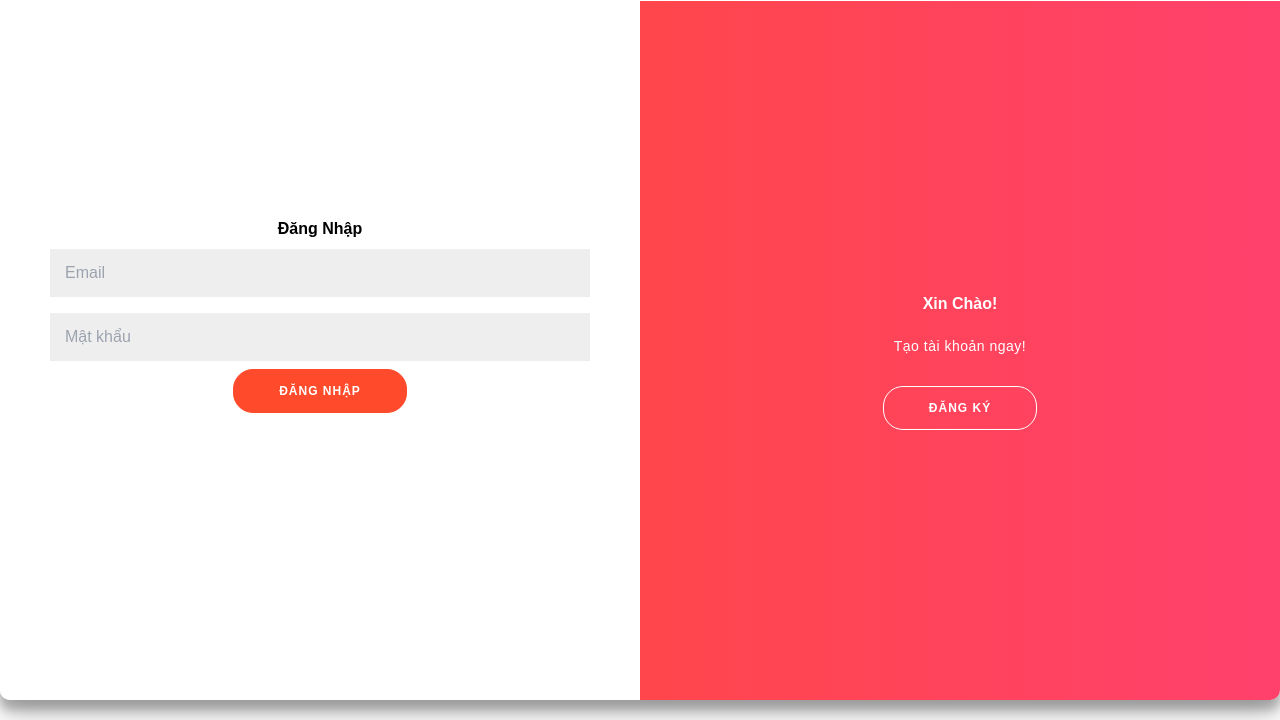
Repository: BlackWolf2002/project_airbn_react
Page: /login
The author's editor kept a copy of each file at every save. The page is drawn from the files as they stood at one save, then again after the next save.
The browser window is 1280 px wide. The pictures show the whole page.
The project was rebuilt for these pictures with package versions that can differ from the ones it lists, and the page was loaded fresh each time. Also part of the build but not shown: vite.config.js, src/api/apiService.js, src/style/Home.css, src/components/Navbar.jsx, src/style/Footer.css, src/components/Footer.jsx, src/components/Home.jsx, src/style/Admin.css and 11 more.

Above is the page before, as saved 2025-02-11 00:51:22.

### src/App.jsx
import React from "react";
import {
    BrowserRouter as Router,
    Route,
    Routes,
    Navigate,
} from "react-router-dom";
import { AuthProvider } from "./contexts/AuthContext";
import Home from "./components/Home";
import Login from "./pages/Login";
import AdminPage from "./pages/AdminPage";
import AdminRoute from "./routes/AdminRoute";
import RoomManagement from "./components/RoomManagement";

function App() {
    return (
        <AuthProvider>
            <Router>
                <Routes>
                    <Route path="/" element={<Home />} />
                    <Route path="/login" element={<Login />} />
                    <Route path="/register" element={<Login />} />

                    {/* Nếu vào /admin, tự động chuyển hướng đến /admin/users */}
                    <Route
                        path="/admin"
                        element={<Navigate to="/admin/users" />}
                    />

                    {/* Route cho trang Admin */}
                    <Route
                        path="/admin/users"
                        element={
                            <AdminRoute>
                                <AdminPage />
                            </AdminRoute>
                        }
                    />

                    {/* Route cho quản lý Room */}
                    <Route
                        path="/admin/rooms"
                        element={
                            <AdminRoute>
                                <RoomManagement />
                            </AdminRoute>
                        }
                    />
                </Routes>
            </Router>
        </AuthProvider>
    );
}

export default App;

### src/contexts/AuthContext.jsx
import React, { createContext, useState, useEffect } from "react";

export const AuthContext = createContext();

export const AuthProvider = ({ children }) => {
    const [user, setUser] = useState(null);

    useEffect(() => {
        try {
            const storedUser = localStorage.getItem("user");
            if (storedUser) {
                setUser(JSON.parse(storedUser)); // Kiểm tra JSON trước khi parse
            }
        } catch (error) {
            console.error("Lỗi parse JSON:", error);
            localStorage.removeItem("user"); // Xóa dữ liệu lỗi
        }
    }, []);

    const loginUser = (userData) => {
        setUser(userData);
        localStorage.setItem("user", JSON.stringify(userData));
    };

    const logoutUser = () => {
        setUser(null);
        localStorage.removeItem("user");
        localStorage.removeItem("token");
    };

    return (
        <AuthContext.Provider value={{ user, loginUser, logoutUser }}>
            {children}
        </AuthContext.Provider>
    );
};

### src/pages/Login.jsx
import React, { useState, useContext } from "react";
import { AuthContext } from "../contexts/AuthContext"; // Đường dẫn đúng
import { login, register } from "../api/authService";
import { useNavigate } from "react-router-dom";
import "../style/Login.css";

const Login = () => {
    const { loginUser } = useContext(AuthContext);
    const navigate = useNavigate();

    const [formData, setFormData] = useState({ email: "", password: "" });
    const [isLogin, setIsLogin] = useState(true);
    const [message, setMessage] = useState("");

    const handleChange = (e) => {
        setFormData({ ...formData, [e.target.name]: e.target.value });
    };

    const handleSubmit = async (e) => {
        e.preventDefault();
        try {
            if (isLogin) {
                const data = await login(formData.email, formData.password);

                if (!data || !data.user) {
                    setMessage("Email hoặc mật khẩu không đúng!");
                    return;
                }

                // Lưu thông tin user & token
                loginUser(data.user);
                localStorage.setItem("token", data.token);
                localStorage.setItem("user", JSON.stringify(data.user));

                // Kiểm tra role
                if (data.user.role === "ADMIN") {
                    navigate("/admin");
                } else {
                    navigate("/");
                }
            } else {
                await register(formData);
                setMessage("Đăng ký thành công! Hãy đăng nhập.");
                setIsLogin(true);
            }
        } catch (error) {
            console.error("Lỗi API:", error);
            setMessage("Có lỗi xảy ra! Vui lòng thử lại.");
        }
    };

    return (
        <div className="container-login">
            <div
                className={`form-container ${
                    isLogin ? "sign-in-container" : "sign-up-container"
                }`}
            >
                <form onSubmit={handleSubmit}>
                    <h1>{isLogin ? "Đăng Nhập" : "Đăng Ký"}</h1>
                    {!isLogin && (
                        <>
                            <input
                                type="text"
                                name="name"
                                placeholder="Tên"
                                onChange={handleChange}
                                required
                            />
                            <input
                                type="text"
                                name="phone"
                                placeholder="Số điện thoại"
                                onChange={handleChange}
                                required
                            />
                            <input
                                type="date"
                                name="birthday"
                                onChange={handleChange}
                                required
                            />
                            <select name="gender" onChange={handleChange}>
                                <option value={true}>Nam</option>
                                <option value={false}>Nữ</option>
                            </select>
                        </>
                    )}
                    <input
                        type="email"
                        name="email"
                        placeholder="Email"
                        onChange={handleChange}
                        required
                    />
                    <input
                        type="password"
                        name="password"
                        placeholder="Mật khẩu"
                        onChange={handleChange}
                        required
                    />
                    <button type="submit">
                        {isLogin ? "Đăng Nhập" : "Đăng Ký"}
                    </button>
                    <p className="message">{message}</p>
                </form>
            </div>

            <div className="overlay-container">
                <div className="overlay">
                    <div className="overlay-panel overlay-left">
                        <h1>Chào Mừng Trở Lại!</h1>
                        <p>Để tiếp tục, hãy đăng nhập</p>
                        <button
                            className="ghost"
                            onClick={() => setIsLogin(true)}
                        >
                            Đăng Nhập
                        </button>
                    </div>
                    <div className="overlay-panel overlay-right">
                        <h1>Xin Chào!</h1>
                        <p>Tạo tài khoản ngay!</p>
                        <button
                            className="ghost"
                            onClick={() => setIsLogin(false)}
                        >
                            Đăng Ký
                        </button>
                    </div>
                </div>
            </div>
        </div>
    );
};

export default Login;

### src/api/authService.js
import axios from "axios";

const API_URL = "https://airbnbnew.cybersoft.edu.vn/api/auth";
const TOKEN_CYBERSOFT =
    "eyJhbGciOiJIUzI1NiIsInR5cCI6IkpXVCJ9.eyJ0ZW5Mb3AiOiJOb2RlanMgNDgiLCJIZXRIYW5TdHJpbmciOiIxNi8wOC8yMDI1IiwiSGV0SGFuVGltZSI6IjE3NTUzMDI0MDAwMDAiLCJuYmYiOjE3MzU5MjM2MDAsImV4cCI6MTc1NTQ1MDAwMH0.qhz1imNFTn5VsERO5GZAfbkm944w0Vguuy5WQFo_d0Y";

// Hàm đăng nhập
export const login = async (email, password) => {
    try {
        const response = await axios.post(
            `${API_URL}/signin`,
            { email, password },
            {
                headers: {
                    "Content-Type": "application/json",
                    TokenCybersoft: TOKEN_CYBERSOFT,
                },
            }
        );

        // Kiểm tra dữ liệu trả về từ API
        console.log("Dữ liệu trả về từ API:", response.data);

        if (response.data && response.data.content) {
            const { token, user } = response.data.content;

            if (!user || !user.role) {
                throw new Error("API không trả về thông tin role.");
            }

            // Lưu token & user vào localStorage
            localStorage.setItem("token", token);
            localStorage.setItem("user", JSON.stringify(user));

            return { token, user };
        } else {
            throw new Error("Dữ liệu API không hợp lệ.");
        }
    } catch (error) {
        console.error("Lỗi đăng nhập:", error);
        throw error.response ? error.response.data : error;
    }
};

// Hàm đăng ký
export const register = async (userData) => {
    try {
        const response = await axios.post(`${API_URL}/signup`, userData, {
            headers: {
                "Content-Type": "application/json",
                TokenCybersoft: TOKEN_CYBERSOFT,
            },
        });

        return response.data;
    } catch (error) {
        console.error("Lỗi đăng ký:", error);
        throw error.response ? error.response.data : error;
    }
};

### src/style/Login.css
.container-login {
    background-color: #fff;
    border-radius: 10px;
    box-shadow: 0 14px 28px rgba(0, 0, 0, 0.25), 0 10px 10px rgba(0, 0, 0, 0.22);
    position: relative;
    overflow: hidden;
    max-width: 100%;
    min-height: 480px;
    font-family: "Montserrat", sans-serif;
    height: 100vh;
    margin: -20px 0;
}

.container-login h1 {
    font-weight: bold;
    margin: 0;
}

.container-login p {
    font-size: 14px;
    font-weight: 100;
    line-height: 20px;
    letter-spacing: 0.5px;
    margin: 20px 0 30px;
}

.container-login a {
    color: #333;
    font-size: 14px;
    text-decoration: none;
    margin: 15px 0;
}

.container-login button {
    border-radius: 20px;
    border: 1px solid #ff4b2b;
    background-color: #ff4b2b;
    color: #ffffff;
    font-size: 12px;
    font-weight: bold;
    padding: 12px 45px;
    letter-spacing: 1px;
    text-transform: uppercase;
    transition: transform 80ms ease-in;
}

.container-login button:active {
    transform: scale(0.95);
}

.container-login button:focus {
    outline: none;
}

.container-login button.ghost {
    background-color: transparent;
    border-color: #ffffff;
}

.container-login form {
    background-color: #ffffff;
    display: flex;
    align-items: center;
    justify-content: center;
    flex-direction: column;
    padding: 0 50px;
    height: 100%;
    text-align: center;
}

.container-login input {
    background-color: #eee;
    border: none;
    padding: 12px 15px;
    margin: 8px 0;
    width: 100%;
}

.container-login .form-container {
    position: absolute;
    top: 0;
    height: 100%;
    transition: all 0.6s ease-in-out;
}

.sign-in-container {
    left: 0;
    width: 50%;
    z-index: 2;
}

.container-login.right-panel-active .sign-in-container {
    transform: translateX(100%);
}

.sign-up-container {
    left: 0;
    width: 50%;
    /* opacity: 0; */
    /* z-index: 1; */
    opacity: 1; /* Đảm bảo opacity luôn là 1 */
    z-index: 1;
    transition: transform 0.6s ease-in-out; /* Chuyển động mượt mà */
}

.container-login.right-panel-active .sign-up-container {
    transform: translateX(100%);
    opacity: 1;
    z-index: 5;
    /* animation: show 0.6s; */
}

@keyframes show {
    0%,
    49.99% {
        opacity: 0;
        z-index: 1;
    }

    50%,
    100% {
        opacity: 1;
        z-index: 5;
    }
}

.overlay-container {
    position: absolute;
    top: 21px;
    left: 50%;
    width: 50%;
    height: 100%;
    overflow: hidden;
    transition: transform 0.6s ease-in-out;
    z-index: 100;
}

.container-login.right-panel-active .overlay-container {
    transform: translateX(-100%);
}

.overlay {
    background: #ff416c;
    background: -webkit-linear-gradient(to right, #ff4b2b, #ff416c);
    background: linear-gradient(to right, #ff4b2b, #ff416c);
    background-repeat: no-repeat;
    background-size: cover;
    background-position: 0 0;
    color: #ffffff;
    position: relative;
    left: -100%;
    height: 100%;
    width: 200%;
    transform: translateX(0);
    transition: transform 0.6s ease-in-out;
}

.container-login.right-panel-active .overlay {
    transform: translateX(50%);
}

.overlay-panel {
    position: absolute;
    display: flex;
    align-items: center;
    justify-content: center;
    flex-direction: column;
    padding: 0 40px;
    text-align: center;
    top: 0;
    height: 100%;
    width: 50%;
    transform: translateX(0);
    transition: transform 0.6s ease-in-out;
}

.overlay-left {
    transform: translateX(-20%);
}

.container-login.right-panel-active .overlay-left {
    transform: translateX(0);
}

.overlay-right {
    right: 0;
    transform: translateX(0);
}

.container-login.right-panel-active .overlay-right {
    transform: translateX(20%);
}

.container-login .social-container {
    margin: 20px 0;
}

### tailwind.config.js
/** @type {import('tailwindcss').Config} */
export default {
  content: ["./src/**/*.{js,jsx,ts,tsx}"],
  theme: {
      extend: {},
  },
  plugins: [],
};

### src/style/RoomManagement.css
.room-management {
    padding: 20px;
    font-family: Arial, sans-serif;
}

.search-bar input {
    width: 100%;
    padding: 10px;
    margin-bottom: 20px;
    font-size: 16px;
    border: 1px solid #ccc;
    border-radius: 5px;
}

table {
    width: 100%;
    border-collapse: collapse;
    margin-top: 20px;
}

table th,
table td {
    padding: 10px;
    text-align: left;
    border: 1px solid #ddd;
}

table th {
    background-color: #f4f4f4;
}

.pagination {
    margin-top: 20px;
    text-align: center;
}

.pagination button {
    margin: 0 5px;
    padding: 5px 10px;
    border: 1px solid #ddd;
    background-color: #fff;
    cursor: pointer;
}

.pagination button.active {
    background-color: #007bff;
    color: #fff;
    border-color: #007bff;
}

Loaded but not shown: index.html (common file); src/main.jsx (common file); src/index.css (common file)

After the next save:
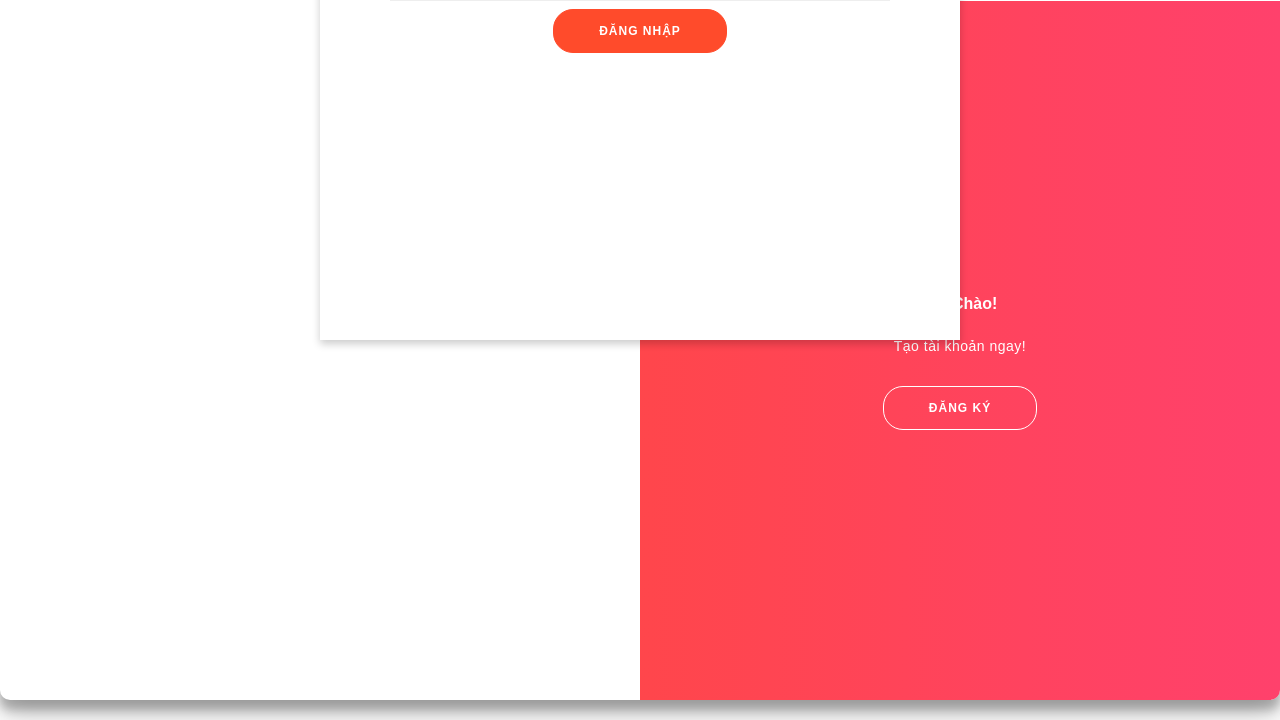
Saved 42 s later.
--- a/src/style/RoomManagement.css
+++ b/src/style/RoomManagement.css
@@ -47,3 +47,19 @@ table th {
     color: #fff;
     border-color: #007bff;
 }
+
+.form-container {
+    display: block;
+    position: fixed;
+    top: 50%;
+    left: 50%;
+    transform: translate(-50%, -50%);
+    background: white;
+    padding: 20px;
+    box-shadow: 0 4px 8px rgba(0, 0, 0, 0.2);
+    z-index: 1000;
+}
+
+.form-container.hidden {
+    display: none;
+}

After the save that followed:
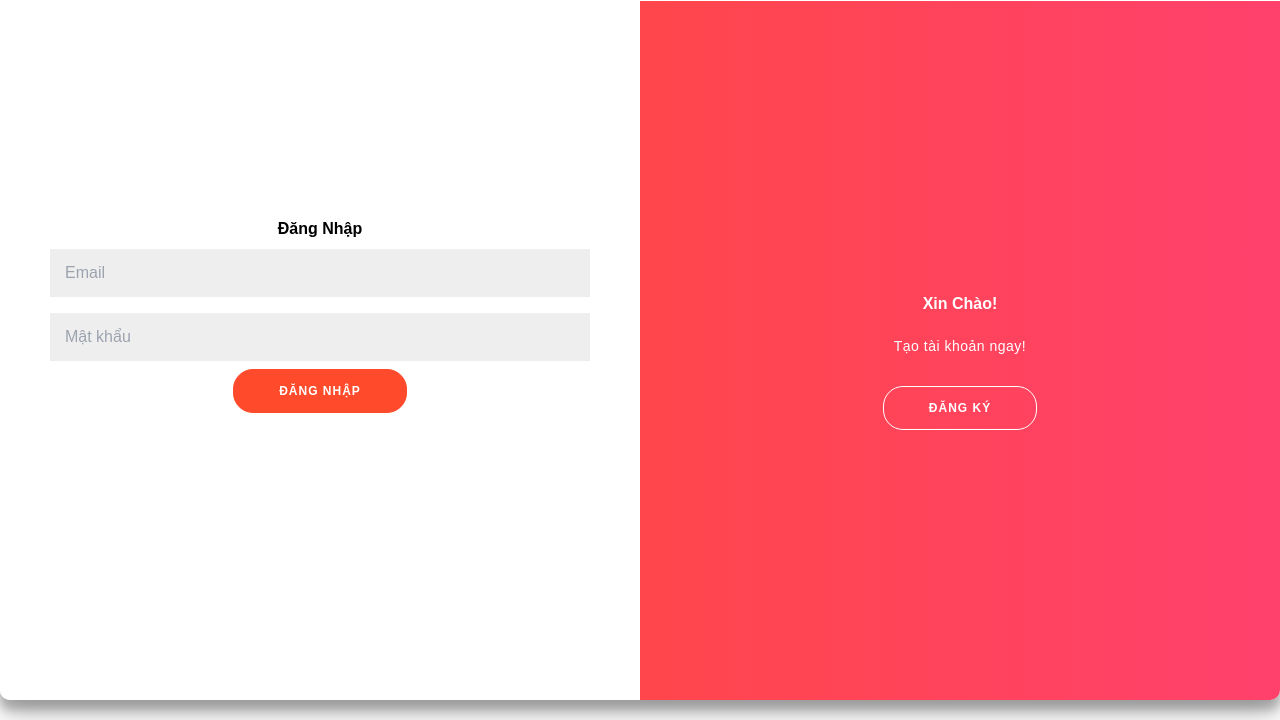
Saved 41 s later.
--- a/src/style/RoomManagement.css
+++ b/src/style/RoomManagement.css
@@ -47,19 +47,3 @@ table th {
     color: #fff;
     border-color: #007bff;
 }
-
-.form-container {
-    display: block;
-    position: fixed;
-    top: 50%;
-    left: 50%;
-    transform: translate(-50%, -50%);
-    background: white;
-    padding: 20px;
-    box-shadow: 0 4px 8px rgba(0, 0, 0, 0.2);
-    z-index: 1000;
-}
-
-.form-container.hidden {
-    display: none;
-}
